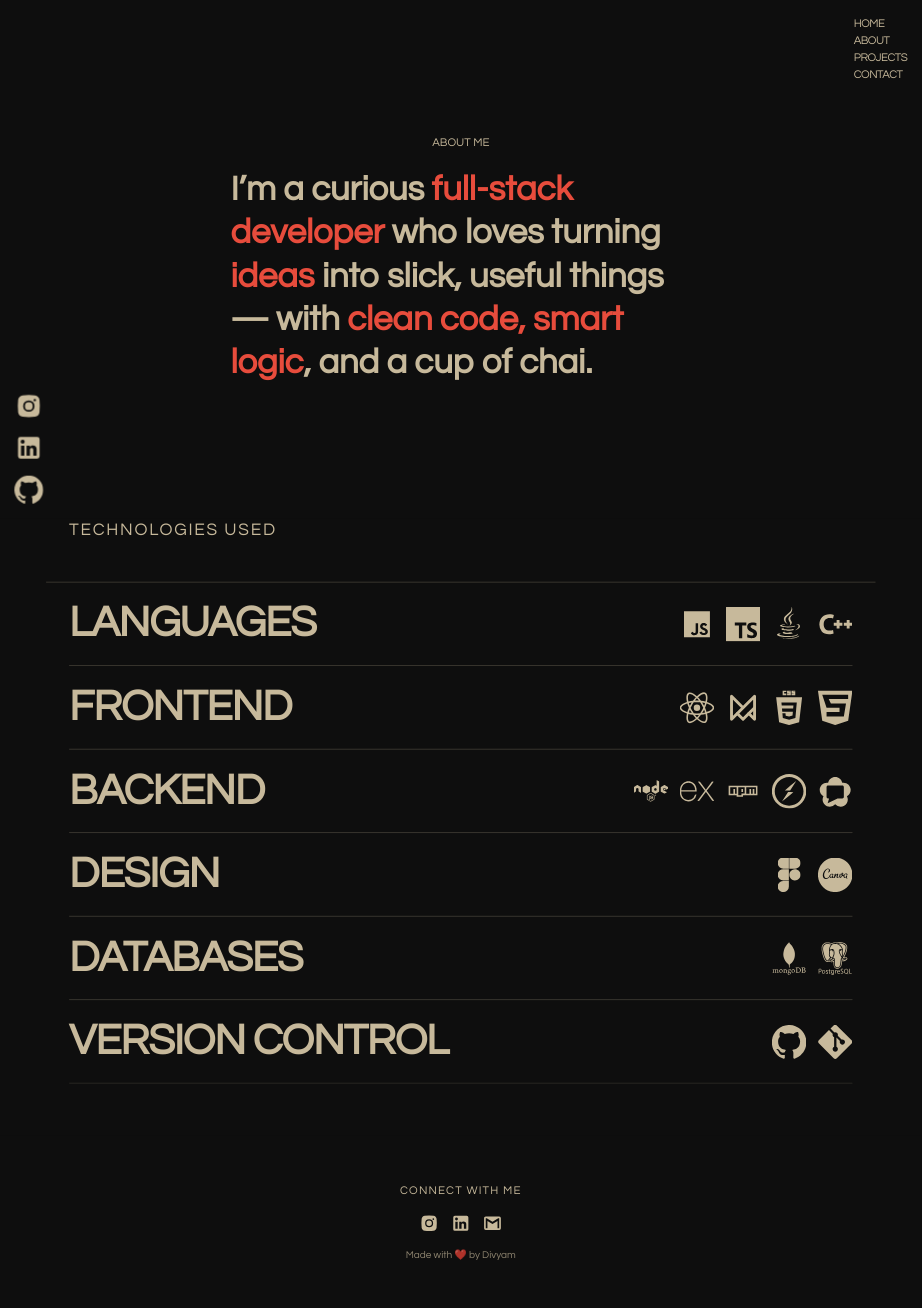
Repository: divyamGNH/DivyamPF
Page: /about
An editor plug-in stored every save of this project. The page is shown before and after the next save, followed by the edit.
The browser window is 1280 px wide. The pictures show the whole page, at 72% of full size.
The project was rebuilt for these pictures with package versions that can differ from the ones it lists, and the page was loaded fresh each time. Also part of the build but not shown: vite.config.js, src/App.css, src/components/MaskLayer.jsx, src/pages/Landing.jsx, src/pages/topProjects.jsx, src/pages/Home.jsx, src/pages/TimeLine.jsx.

Above is the page before, as saved 2025-12-21 01:41:01.

After the next save:
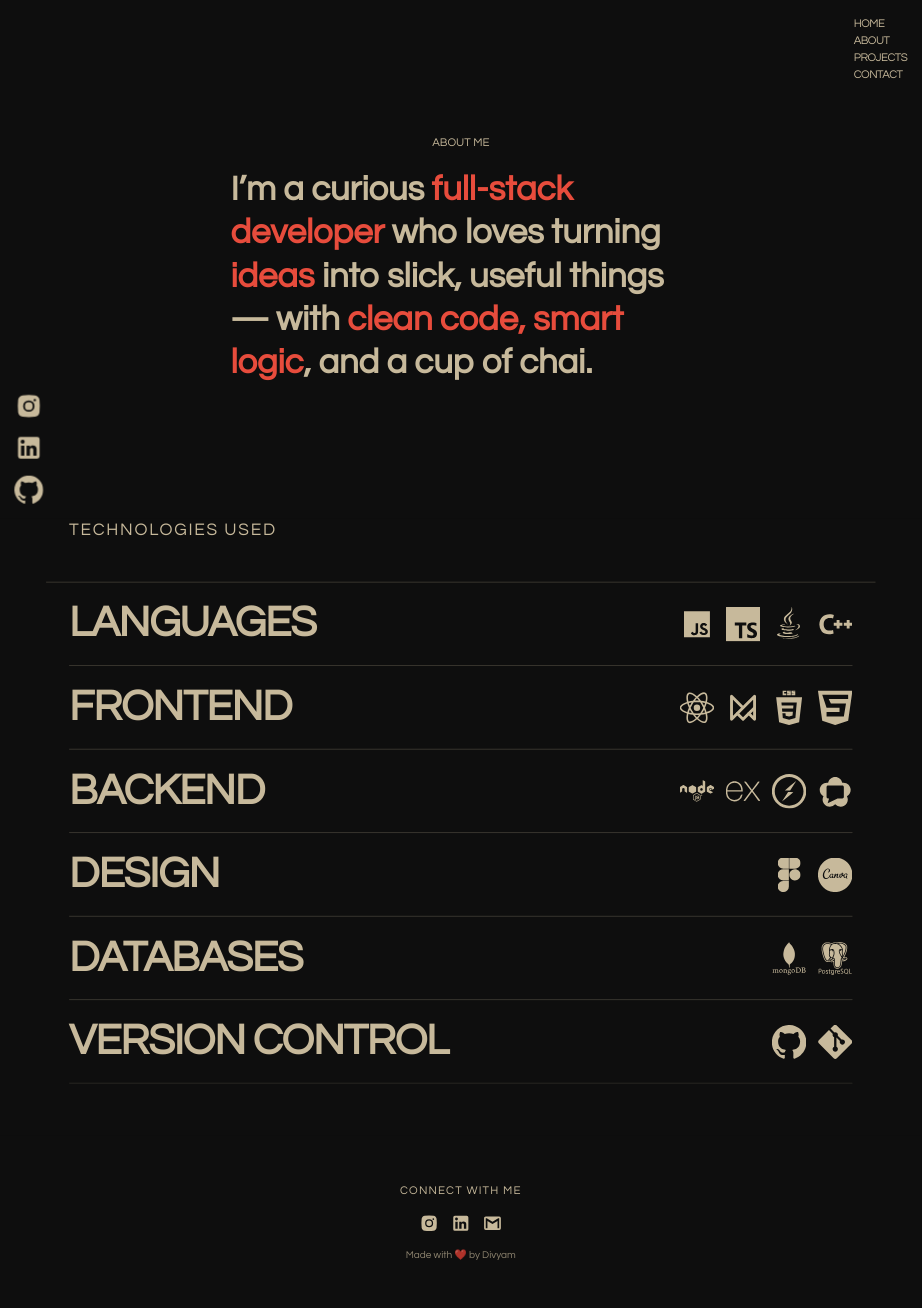
Saved 106 s later.
--- a/src/pages/TechStack.jsx
+++ b/src/pages/TechStack.jsx
@@ -77,7 +77,6 @@
       icons: [
         { src: "/nodeIcon.svg", alt: "Node.js" },
         { src: "/expressIcon.svg", alt: "Express.js" },
-        { src: "/npmIcon.svg", alt: "npm" },
         { src: "/socketioIcon.svg", alt: "Socket.io" },
         { src: "/webRTCIcon.svg", alt: "WebRTC" },
       ],
